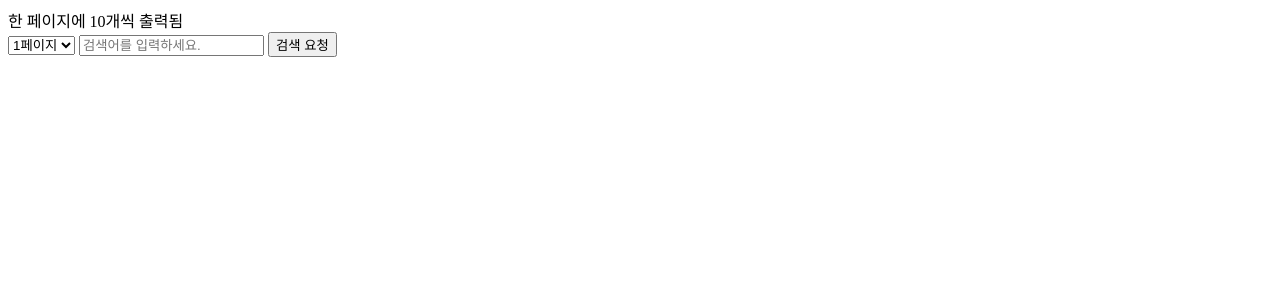
Repository: dogksi/JSP
Page: http://localhost/TestJSP/SearchAPI/SearchView.jsp
These files come from the project's save history. The page is drawn as it stood at one moment and after the next save; the edit follows.
The browser window is 1280 px wide. The pictures show the whole page.
The page is served by Tomcat 10.

Above is the page before, as saved 2023-09-20 05:26:01.

After the next save:
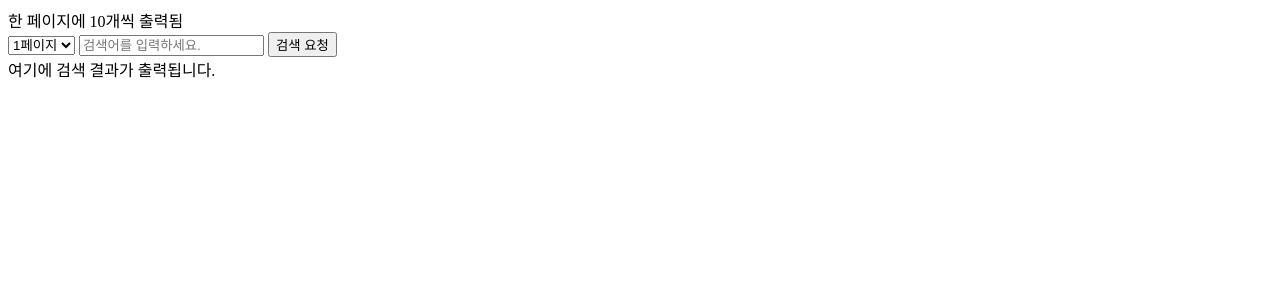
Saved 28 s later.
--- a/TestJSP/src/main/webapp/SearchAPI/SearchView.jsp
+++ b/TestJSP/src/main/webapp/SearchAPI/SearchView.jsp
@@ -30,8 +30,8 @@
 			<button type="button" id="searchBtn">검색 요청</button>
 		</form>
 	</div>
-	<div>
-
+	<div class="row" id="searchResult">
+		여기에 검색 결과가 출력됩니다.
 	</div>
 </div>
 </body>
